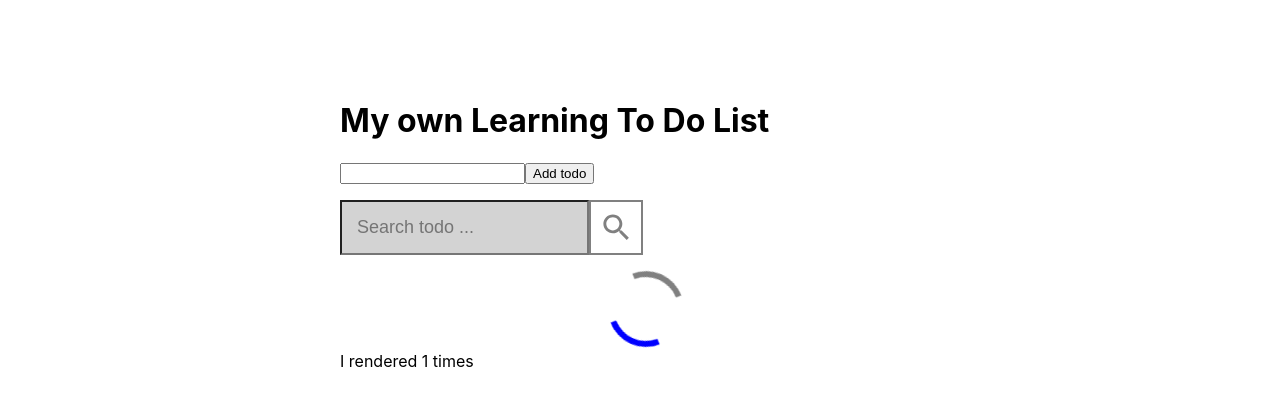
Repository: ArusyakAghajanyan/To-Do
Page: /
The author's editor kept a copy of each file at every save. The page is drawn from the files as they stood at one save, then again after the next save.
The browser window is 1280 px wide. The pictures show the whole page.
The page's requests for data from a server got no answer. The project was rebuilt for these pictures with package versions that can differ from the ones it lists, and the page was loaded fresh each time. No one was signed in, and anything a server would have sent is missing. Also part of the build but not shown: src/Todo/TodoItem.js, src/Todo/TodoList.js.

Above is the page before, as saved 2022-03-14 10:45:32.

After the next save:
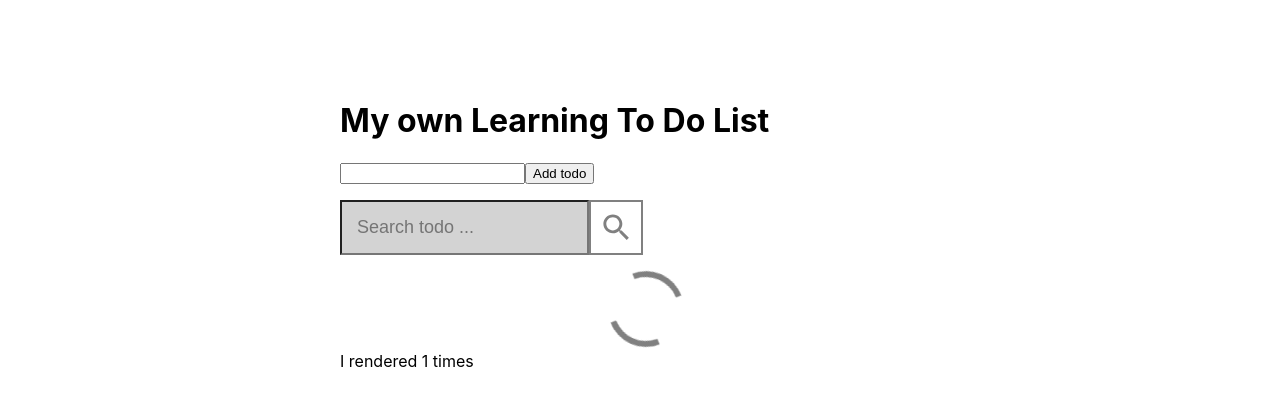
Saved 6 s later.
--- a/src/index.css
+++ b/src/index.css
@@ -41,7 +41,7 @@ code {
   margin: 8px;
   border-radius: 50%;
   border: 6px solid blue;
-  border-color: blue transparent gray transparent;
+  border-color: gray transparent gray transparent;
   animation: lds-dual-ring 1.2s linear infinite;
 }
 @keyframes lds-dual-ring {
